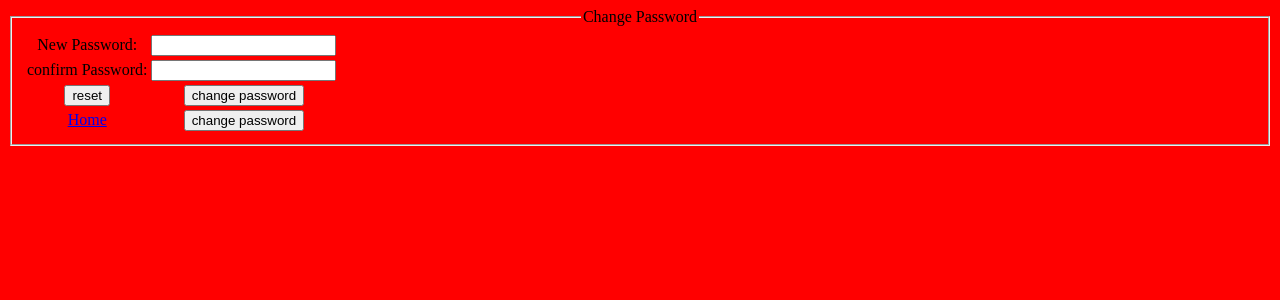
Repository: pawankumarsharm/UST_JDBC_SERVLET
Page: jdbc/empwebapp/WebContent/changepassword.html
The author's editor kept a copy of each file at every save. The page is drawn from the files as they stood at one save, then again after the next save.
The browser window is 1280 px wide. The pictures show the whole page.

Above is the page before, as saved 2019-11-15 09:37:36.

### jdbc/empwebapp/WebContent/changepassword.html
<!DOCTYPE html>
<html>
<head>
<meta charset="ISO-8859-1">
<title>Insert title here</title>
</head>
<body bgcolor="red">
<fieldset align="center">
<legend>Change Password</legend>
<form action="" method="post">
<table>
<tr>
<td>New Password:</td>
<td> <input name="password" type="password"></td>
</tr>
<tr>
<td>confirm Password:</td>
<td> <input name="password" type="password"></td>
</tr>
<tr>
<td><input type="submit" value ="reset"></td>
<td><input type="reset" value ="change password"></td>
</tr>
<tr>
<td><a href="#">Home</a></td>
<td><input type="reset" value ="change password"></td>
</tr>




</table>


	</form>
</fieldset>
</body>
</html>

After the next save:
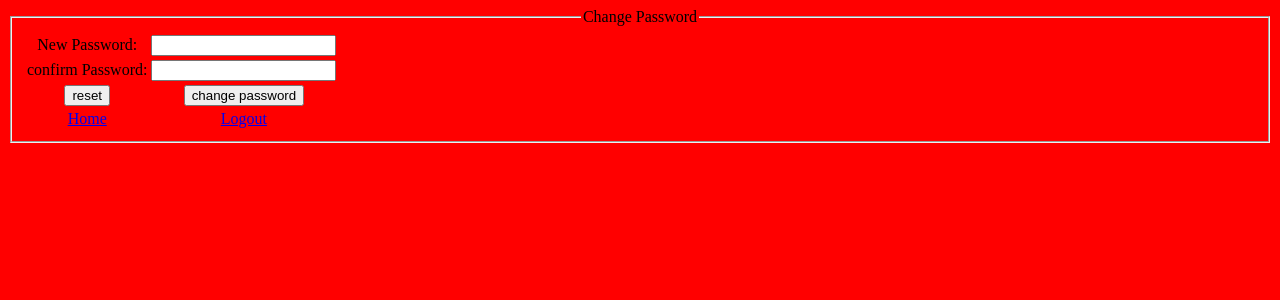
Saved 91 s later.
--- a/jdbc/empwebapp/WebContent/changepassword.html
+++ b/jdbc/empwebapp/WebContent/changepassword.html
@@ -23,7 +23,7 @@
 </tr>
 <tr>
 <td><a href="#">Home</a></td>
-<td><input type="reset" value ="change password"></td>
+<td><a href="#">Logout</a></td>
 </tr>
 
 
